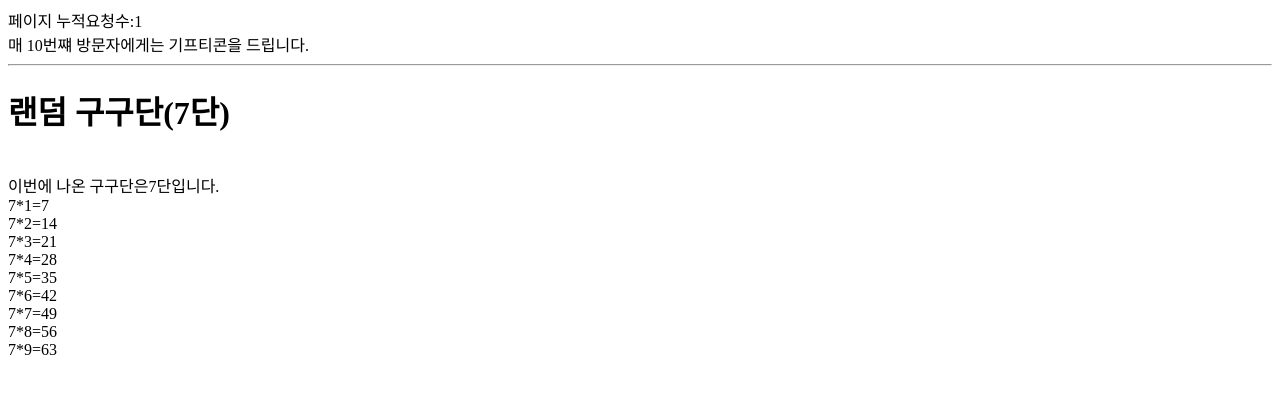
Repository: djdh94/jsp_practice
Page: http://localhost/JSPBasic/Test/test.jsp
These files come from the project's save history. The page is drawn as it stood at one moment and after the next save; the edit follows.
The browser window is 1280 px wide. The pictures show the whole page.
The page is served by Tomcat 9.

Above is the page before, as saved 2022-02-01 06:01:19.

After the next save:
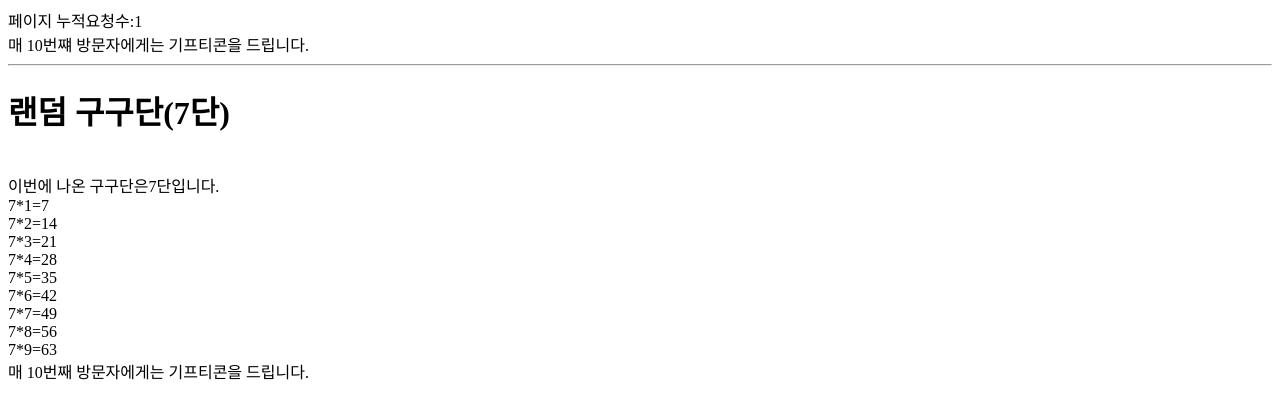
Saved 2 min 2 s later.
--- a/JSPBasic/src/main/webapp/Test/test.jsp
+++ b/JSPBasic/src/main/webapp/Test/test.jsp
@@ -30,5 +30,6 @@
 	}
 
 	%>
+	매 10번째 방문자에게는 기프티콘을 드립니다.
 </body>
 </html>

After the save that followed:
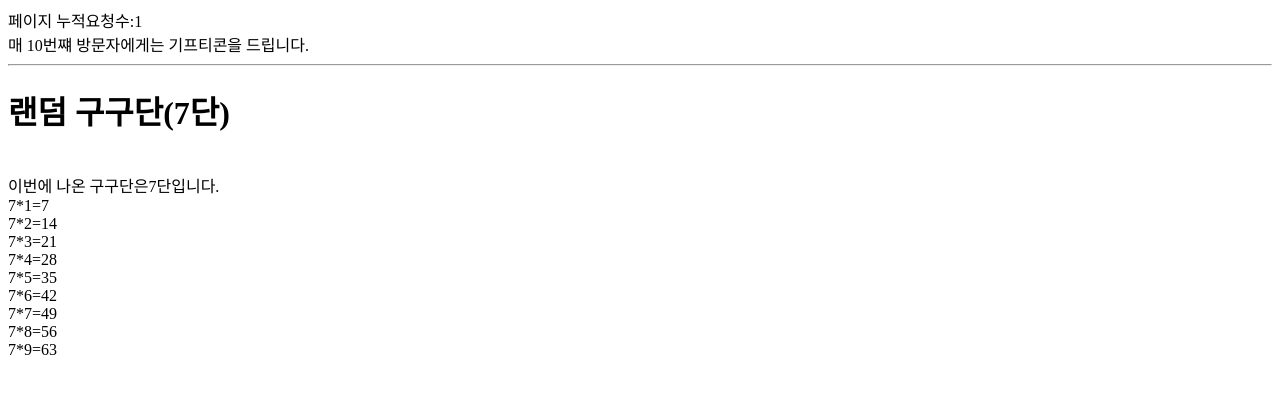
Saved 8 min 20 s later.
--- a/JSPBasic/src/main/webapp/Test/test.jsp
+++ b/JSPBasic/src/main/webapp/Test/test.jsp
@@ -9,7 +9,7 @@
 <body>
 
 	<%!
-
+	int num=(int)(Math.random()*9)+1;
 	public int total=0;
 	%>
 
@@ -20,7 +20,7 @@
 		  out.println("당첨되셨습니다.");
 		}
 	out.println("<hr/>");
-	int num=(int)(Math.random()*9)+1;
+
 	out.println("<h1>"+"랜덤 구구단("+num+"단)"+"</h1>"+"<br/>");
 	out.println("이번에 나온 구구단은"+num+"단입니다."+"<br/>");
 
@@ -28,8 +28,7 @@
 	for(int i=1; i<10; i++){
 		out.println(num+"*"+i+"="+num*i+"<br/>");
 	}
+	%>
 
-	%>
-	매 10번째 방문자에게는 기프티콘을 드립니다.
 </body>
 </html>
